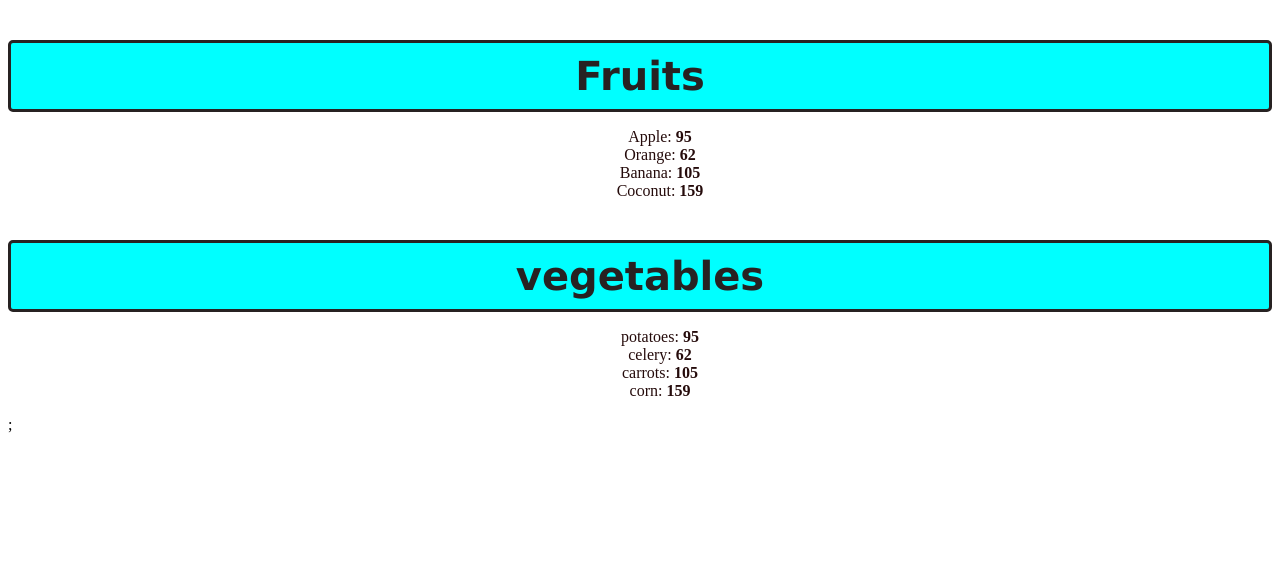
Repository: wakoya-tech/my-react-practice
Page: /
The author's editor kept a copy of each file at every save. The page is drawn from the files as they stood at one save, then again after the next save.
The browser window is 1280 px wide. The pictures show the whole page.
The project was rebuilt for these pictures with package versions that can differ from the ones it lists, and the page was loaded fresh each time. Also part of the build but not shown: vite.config.js.

Above is the page before, as saved 2025-10-01 20:37:46.

### src/index.css
.list-category{
  font-family: Verdana, Geneva, Tahoma, sans-serif;
  text-align: center;
  font-size: 2.5em;
  border: 3px solid;
  margin-bottom: 12px;
  color: rgb(39, 34, 34);
  background-color: aqua;
  padding: 10px;
  border-radius: 5px;
}
.list-items{
  text-align: center;
  font-size: 1em;
  list-style: none;
  color: rgb(37, 11, 11);
}
.list-items li:hover{
  color: bisque;
  cursor: pointer;
}

### src/App.jsx
import List from "./List";

function App() {
  const fruits = [
    { id: 1, name: "Apple", calories: 95 },
    { id: 2, name: "Orange", calories: 62 },
    { id: 3, name: "Banana", calories: 105 },
    { id: 4, name: "Coconut", calories: 159 }
  ];
  const vegetables = [
    { id: 6, name: "potatoes", calories: 95 },
    { id: 7, name: "celery", calories: 62 },
    { id: 8, name: "carrots", calories: 105 },
    { id: 9, name: "corn", calories: 159 }
  ];
  return (
    <>
     {fruits.length > 0 ? <List items={fruits} category="Fruits"/> : null}
      {vegetables.length > 0 ? <List items={vegetables} category="vegetables" /> : null};
    </>
  );
}

export default App

### src/List.jsx
function List(props) {
    const itemList = props.items;   // ✅ Correct: items is the array
    const category = props.category;

    const listItems = itemList.map(item => (
      <li key={item.id}>
        {item.name}: <b>{item.calories}</b>
      </li>
    ));

    return (
      <>
        <h3 className="list-category">{category}</h3>
        <ol className="list-items">
          {listItems}
        </ol>
      </>
    );
  }

  export default List;

Loaded but not shown: index.html (common file); src/main.jsx (common file)

After the next save:
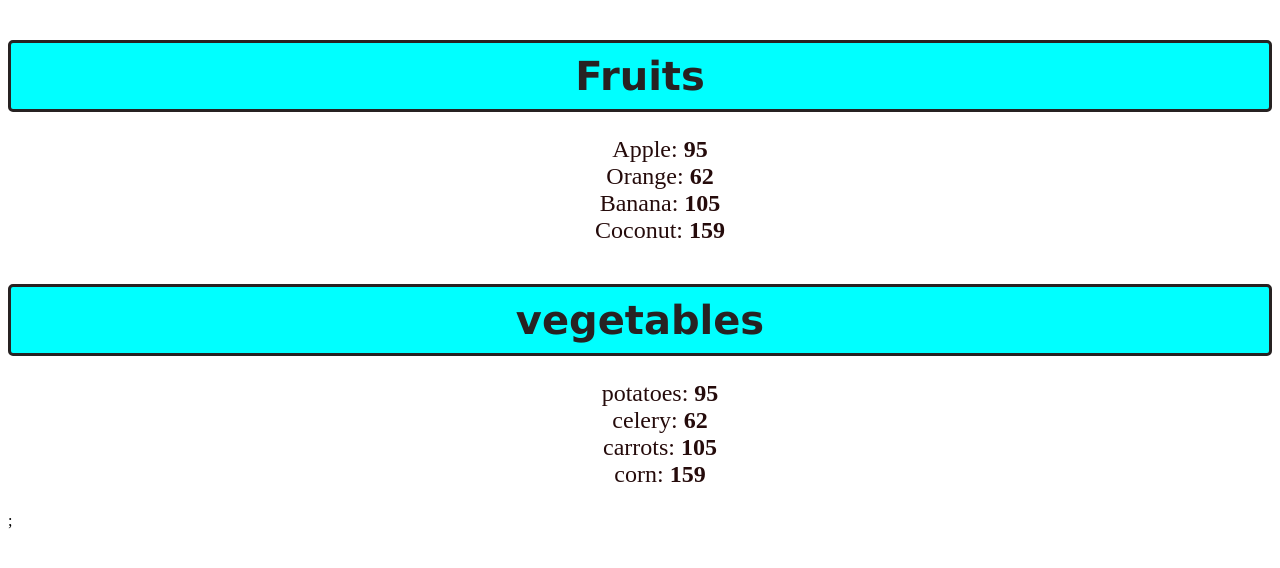
Saved 9 s later.
--- a/src/index.css
+++ b/src/index.css
@@ -11,7 +11,7 @@
 }
 .list-items{
   text-align: center;
-  font-size: 1em;
+  font-size: 1.5em;
   list-style: none;
   color: rgb(37, 11, 11);
 }
